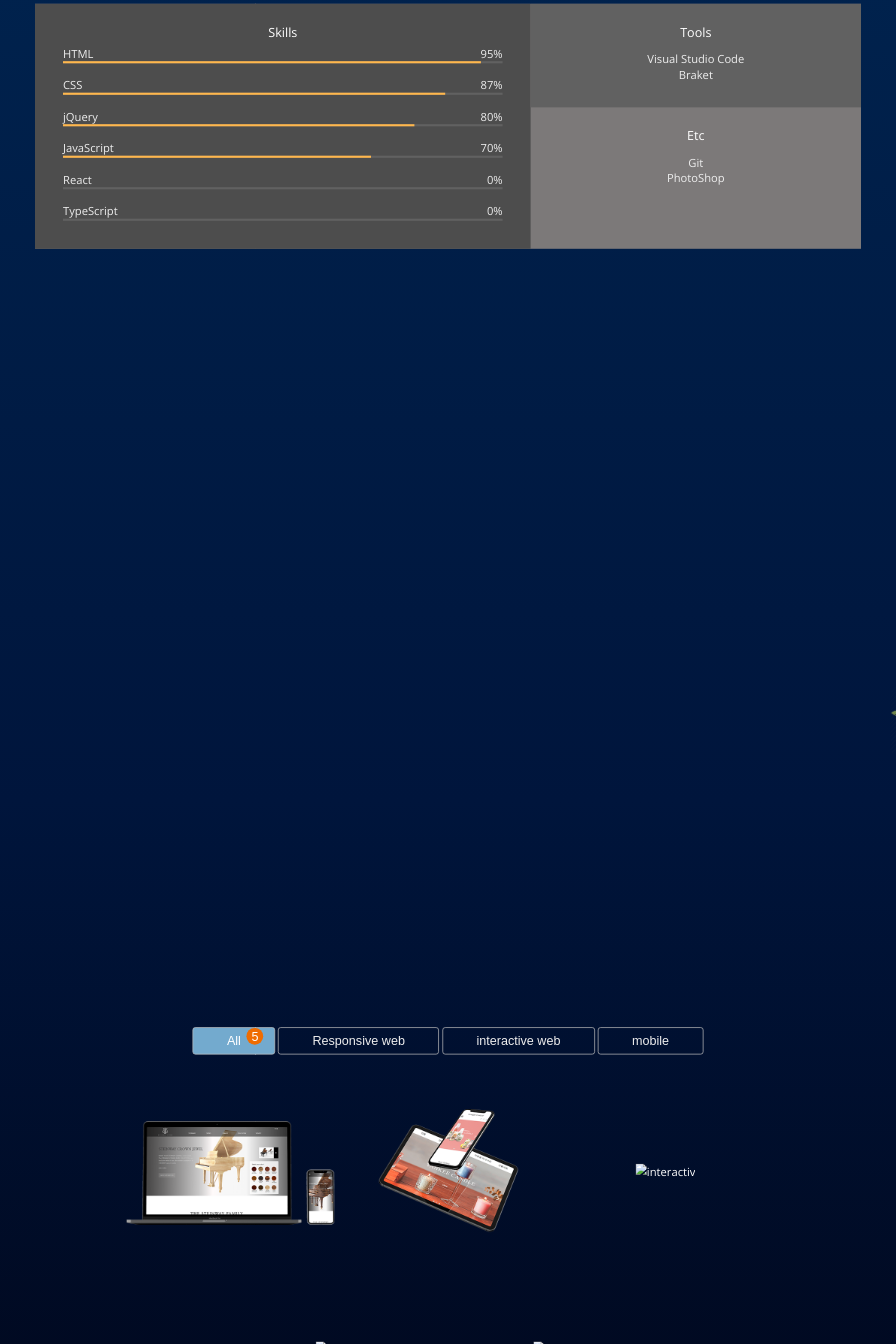
Repository: jinhee196/portfolio
Page: index.html
These files come from the project's save history. The page is drawn as it stood at one moment and after the next save; the edit follows.
The browser window is 1280 px wide. The pictures show the part of the page from y = 1969 to 3889 px (the page is 4577 px tall before and 4523 px after), at 70% of full size.
Some web libraries are served in a nearby version.

Above is the page before, as saved 2021-05-22 20:53:59.

After the next save:
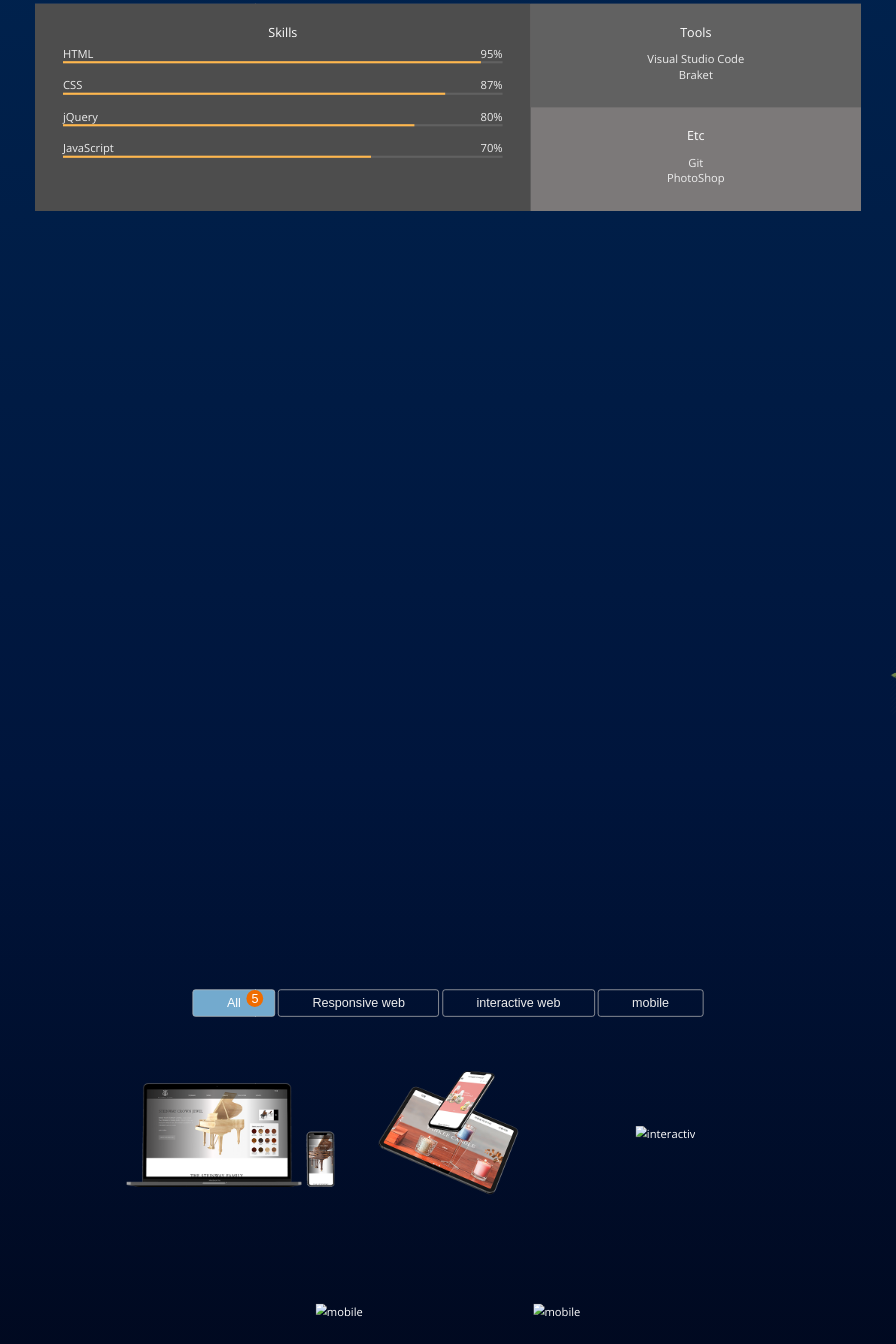
Saved 14 days later.
--- a/index.html
+++ b/index.html
@@ -168,7 +168,7 @@
                         <div class="skill__value" style="width: 70%"></div>
                     </div>
                 </div>
-                <div class="skill">
+                <!-- <div class="skill">
                     <div class="skill__description">
                         <span>React</span>
                         <span>0%</span>
@@ -185,7 +185,7 @@
                     <div class="skill__bar">
                         <div class="skill__value" style="width: 0"></div>
                     </div>
-                </div>
+                </div> -->
             </div>
             <div class="skillset__right">
                 <div class="tools">
